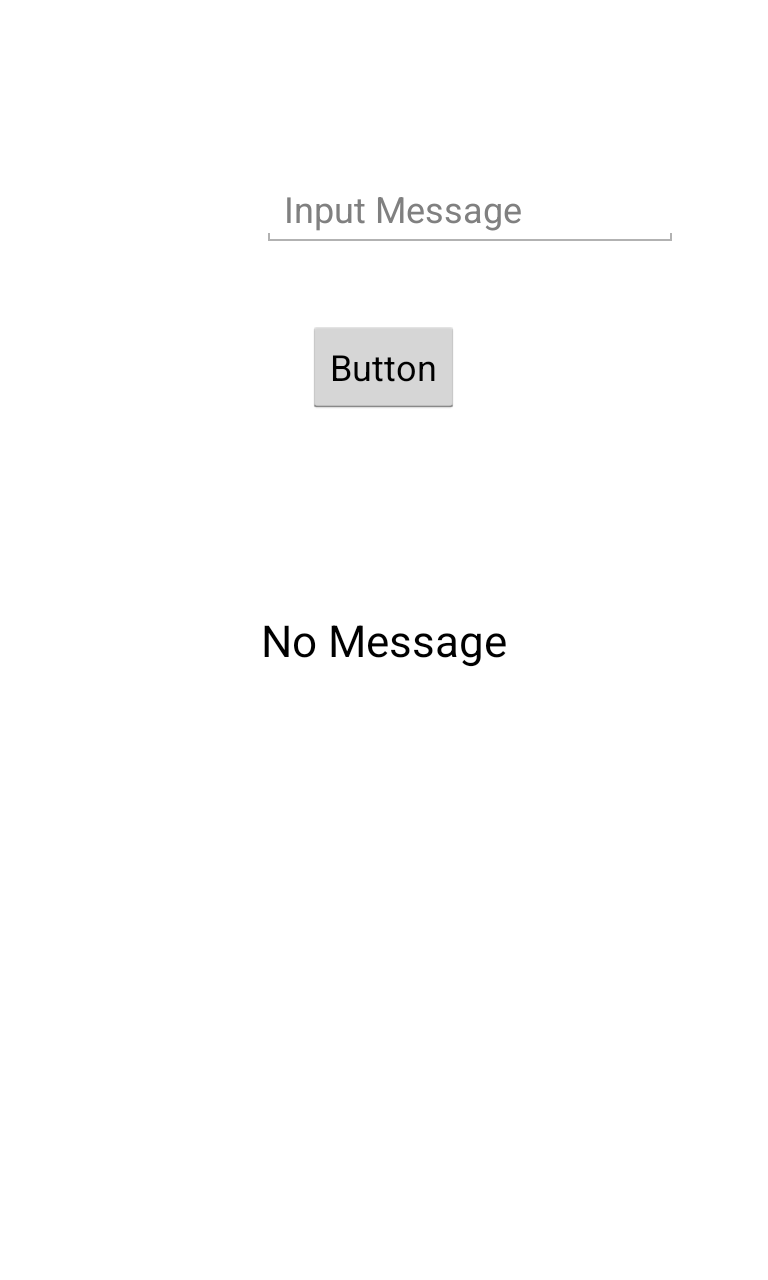
Repository: Mayappa/ANDROID-PROJ
Layout: ButtonView/res/layout/activity_main.xml
An editor plug-in stored every save of this project. The layout is shown before and after the next save, followed by the edit.
It is drawn on a 768 x 1280 px phone screen (xhdpi) without system bars, with theme AppTheme; the app's code is not run.

Above is the layout before, as saved 2015-11-09 03:04:09.

After the next save:
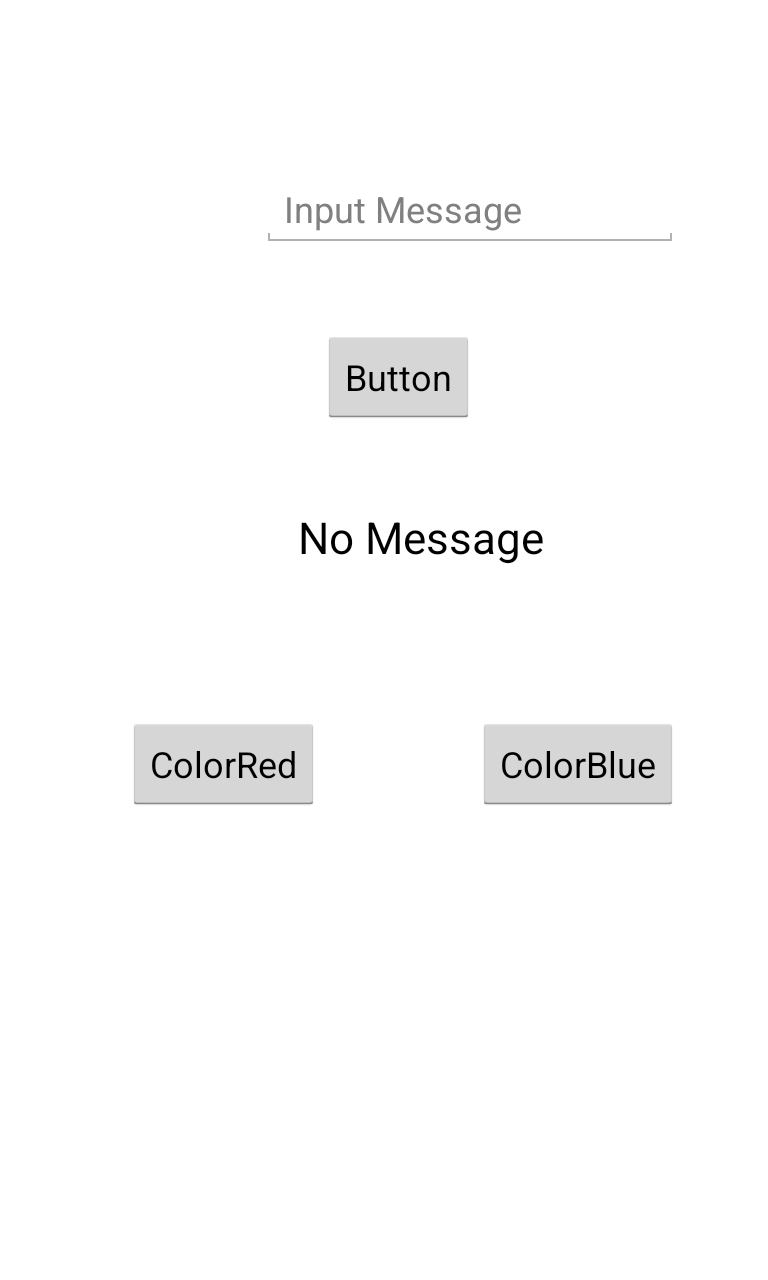
Saved 17 min 57 s later.
--- a/ButtonView/res/layout/activity_main.xml
+++ b/ButtonView/res/layout/activity_main.xml
@@ -7,25 +7,6 @@
     android:paddingRight="@dimen/activity_horizontal_margin"
     android:paddingTop="@dimen/activity_vertical_margin"
     tools:context=".MainActivity" >
-
-    <Button
-        android:id="@+id/buttondisplay"
-        android:layout_width="wrap_content"
-        android:layout_height="wrap_content"
-        android:layout_below="@+id/editTextinput"
-        android:layout_centerHorizontal="true"
-        android:layout_marginTop="35dp"
-        android:onClick="displaymessage"
-        android:text="Button" />
-
-    <TextView
-        android:id="@+id/textViewoutput"
-        android:layout_width="wrap_content"
-        android:layout_height="wrap_content"
-        android:layout_centerHorizontal="true"
-        android:layout_centerVertical="true"
-        android:text="No Message"
-        android:textAppearance="?android:attr/textAppearanceLarge" />
 
     <EditText
         android:id="@+id/editTextinput"
@@ -38,4 +19,43 @@
         android:ems="10"
         android:hint="Input Message" />
 
+    <Button
+        android:id="@+id/buttoncolordisplayred"
+        android:layout_width="wrap_content"
+        android:layout_height="wrap_content"
+        android:layout_below="@+id/textViewoutput"
+        android:layout_marginTop="75dp"
+        android:layout_toLeftOf="@+id/buttondisplay"
+        android:text="ColorRed" />
+
+    <Button
+        android:id="@+id/buttoncolordispalyblue"
+        android:layout_width="wrap_content"
+        android:layout_height="wrap_content"
+        android:layout_alignBaseline="@+id/buttoncolordisplayred"
+        android:layout_alignBottom="@+id/buttoncolordisplayred"
+        android:layout_alignRight="@+id/editTextinput"
+        android:text="ColorBlue" />
+
+    <Button
+        android:id="@+id/buttondisplay"
+        android:layout_width="wrap_content"
+        android:layout_height="wrap_content"
+        android:layout_below="@+id/editTextinput"
+        android:layout_marginTop="40dp"
+        android:layout_toLeftOf="@+id/buttoncolordispalyblue"
+        android:onClick="displaymessage"
+        android:text="Button" />
+
+    <TextView
+        android:id="@+id/textViewoutput"
+        android:layout_width="wrap_content"
+        android:layout_height="wrap_content"
+        android:layout_alignLeft="@+id/editTextinput"
+        android:layout_below="@+id/buttondisplay"
+        android:layout_marginLeft="19dp"
+        android:layout_marginTop="41dp"
+        android:text="No Message"
+        android:textAppearance="?android:attr/textAppearanceLarge" />
+
 </RelativeLayout>
